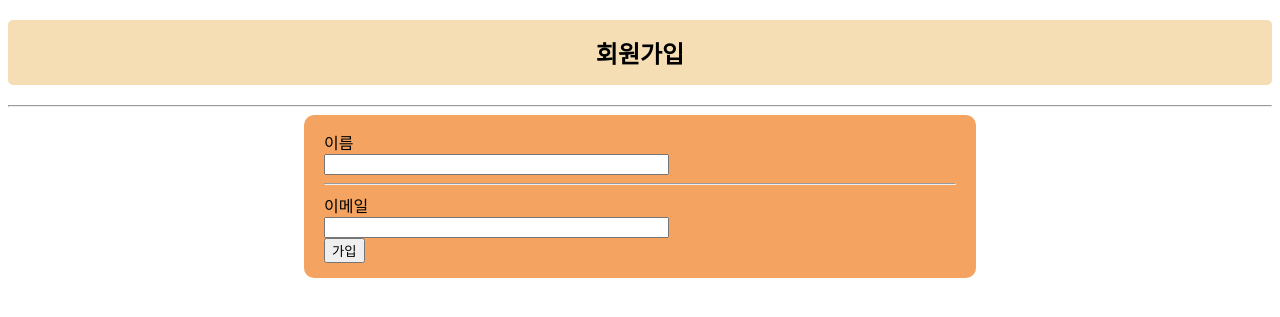
Repository: Hiron-Musk/JSP_ex
Page: jwbook/src/main/webapp/ch03/reform.html
An editor plug-in stored every save of this project. The page is shown before and after the next save, followed by the edit.
The browser window is 1280 px wide. The pictures show the whole page.

Above is the page before, as saved 2024-03-08 05:28:57.

After the next save:
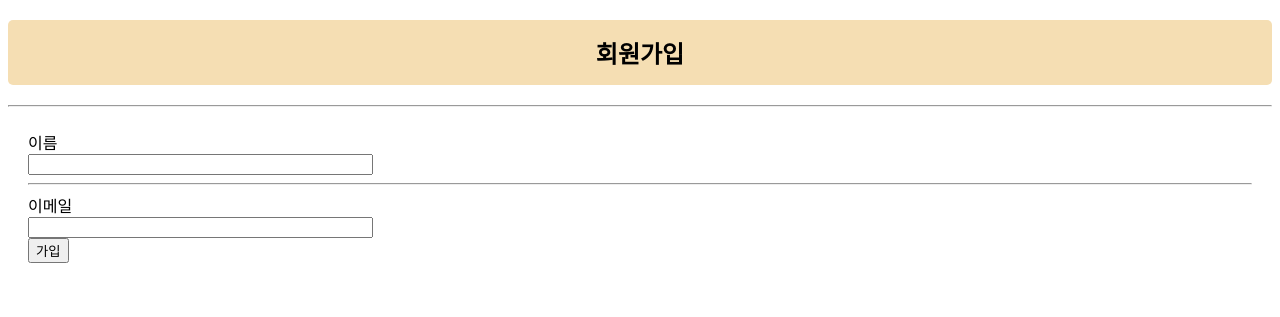
Saved 82 s later.
--- a/jwbook/src/main/webapp/ch03/reform.html
+++ b/jwbook/src/main/webapp/ch03/reform.html
@@ -13,9 +13,7 @@
 			#reform{
 				padding:15px 20px;
 				border-radius: 10px;
-				margin:auto;
-				width:50%;
-				background-color: SandyBrown;
+
 			}
 
 		</style>
